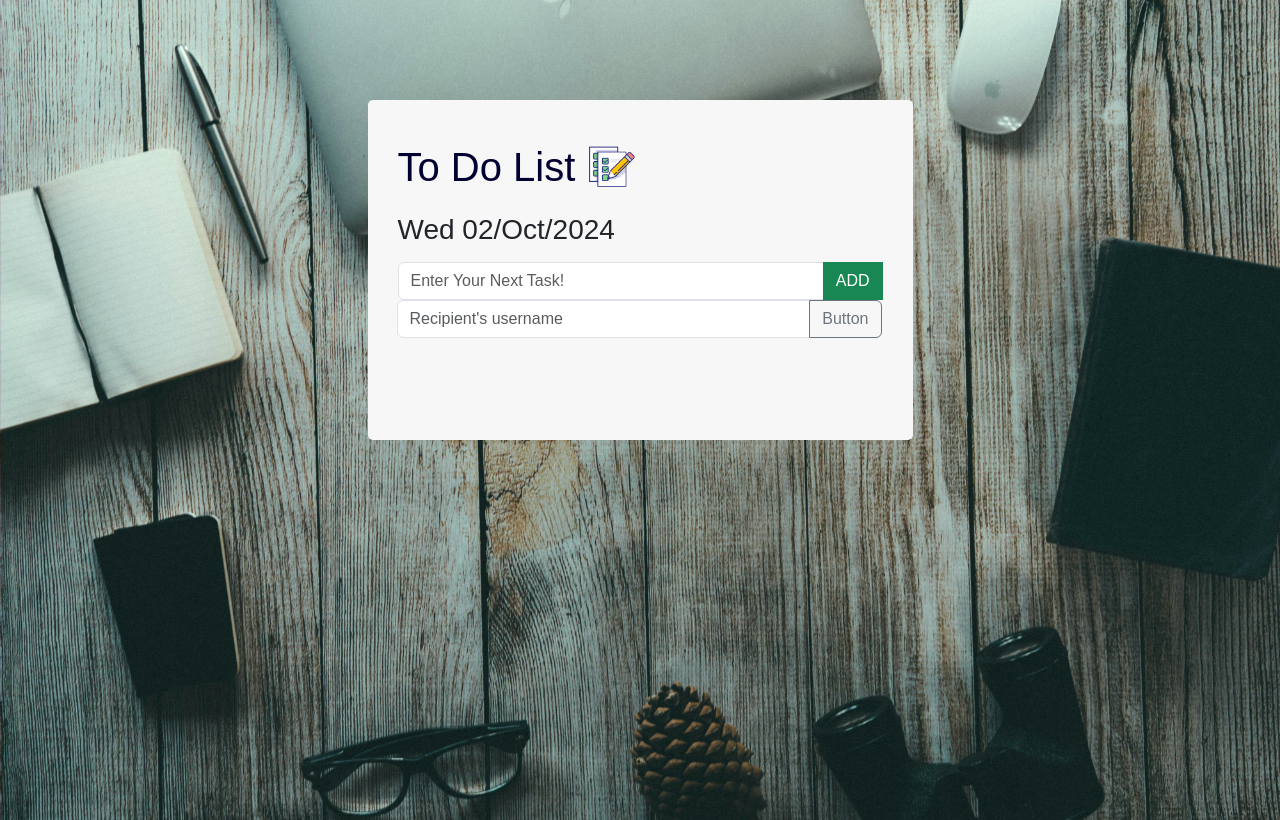
Repository: zeinawady/To_Do_List
Page: index.html
The author's editor kept a copy of each file at every save. The page is drawn from the files as they stood at one save, then again after the next save.
The browser window is 1280 px wide. The pictures show the whole page.

Above is the page before, as saved 2024-10-02 02:27:12.

After the next save:
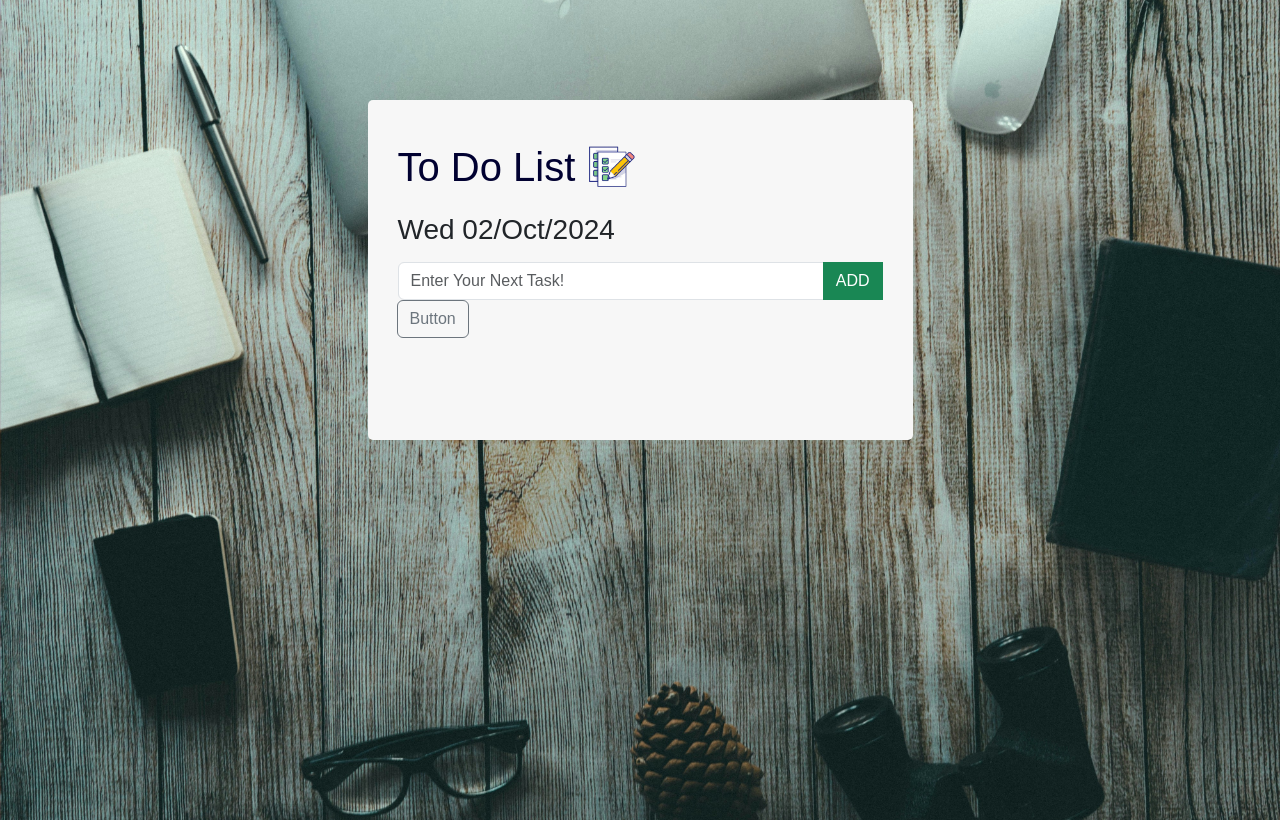
Saved 5 s later.
--- a/index.html
+++ b/index.html
@@ -19,7 +19,7 @@
                 <input type="text"  class="form-control" id="input-box" placeholder="Enter Your Next Task!" aria-label="Enter Your Next Task!" aria-describedby="button">
                 <button class="btn btn-success" onclick="addTask()">ADD</button>
                 <div class="input-group mb-3">
-                    <input type="text" class="form-control" placeholder="Recipient's username" aria-label="Recipient's username" aria-describedby="button-addon2">
+
                     <button class="btn btn-outline-secondary" type="button" id="button-addon2">Button</button>
                   </div>
 
